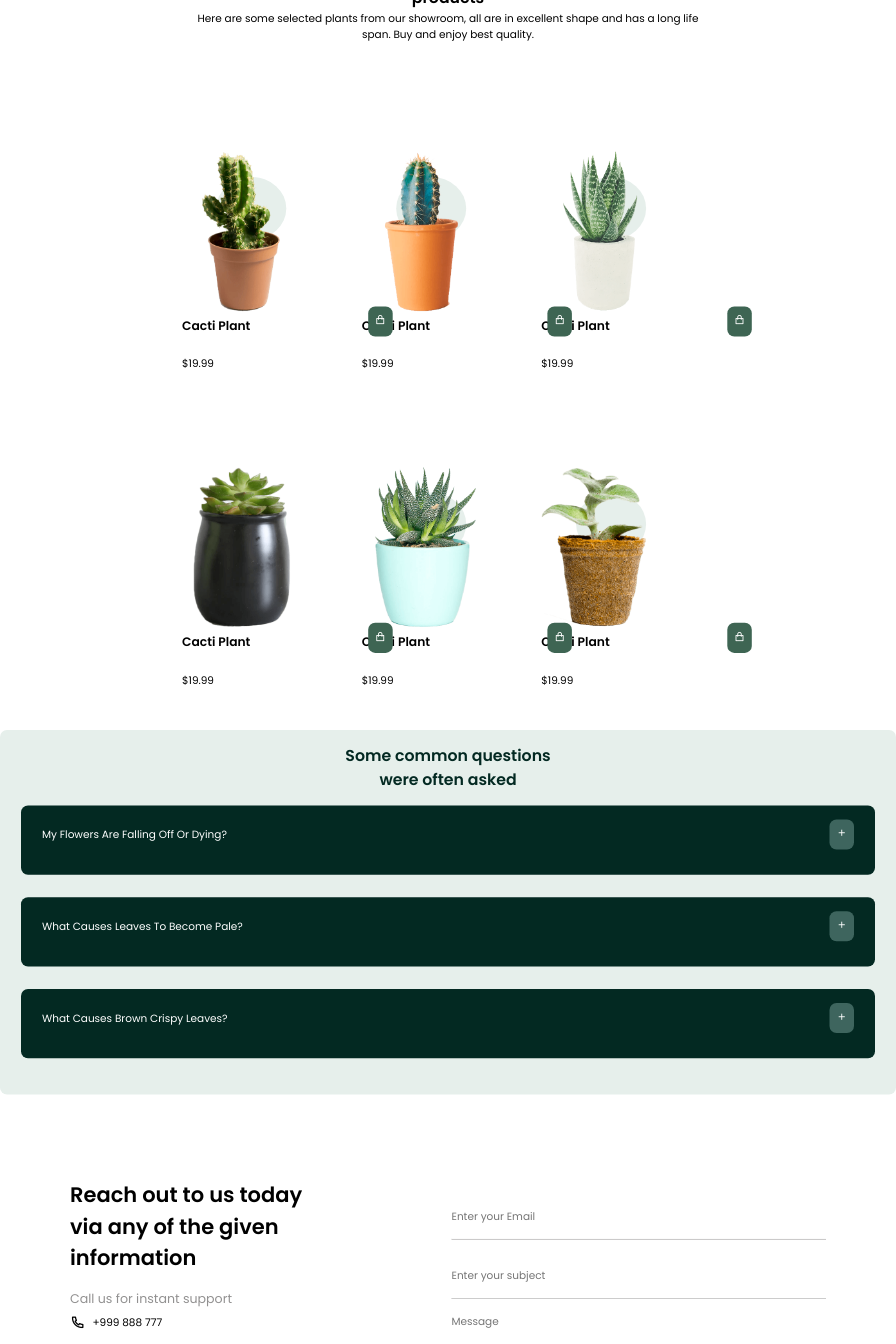
Repository: OmniaRafat232111121/plantwebsite
Page: index.html
These files come from the project's save history. The page is drawn as it stood at one moment and after a run of saves; the edit follows.
The browser window is 1280 px wide. The pictures show the part of the page from y = 1764 to 3684 px (the page is 4261 px tall before and 4245 px after), at 70% of full size.

Above is the page before, as saved 2023-01-05 17:01:08.

After the next 2 saves:
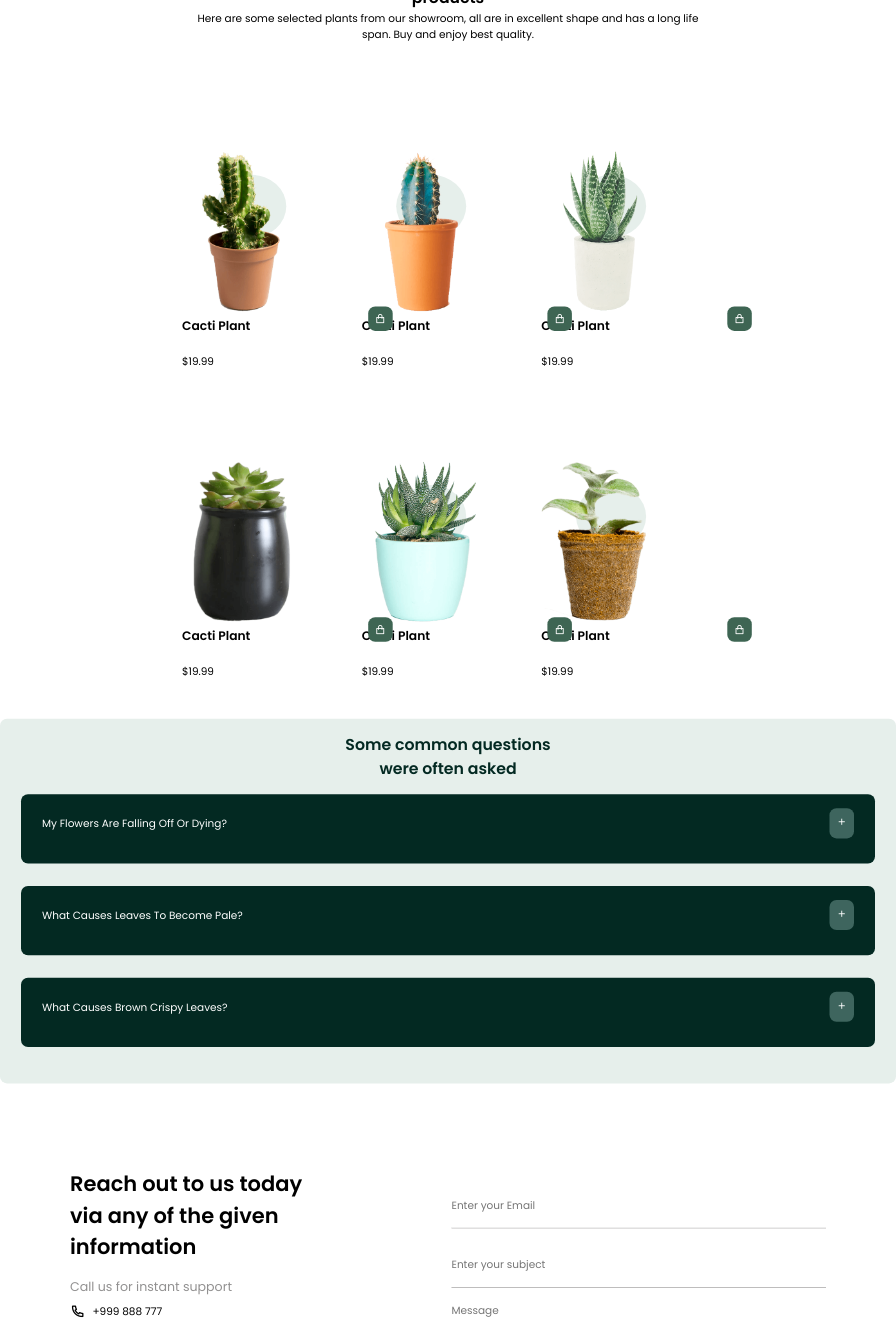
The 2 saves are shown as one change because they came seconds apart.
The last was saved 7 s later.
--- a/assets/css/styles.css
+++ b/assets/css/styles.css
@@ -752,7 +752,8 @@ margin-top: 40px;
   border-radius: 10px;
 }
 .box button{
-  display:in
+  display:inline-flex;
+  column-gap: 10px;
 }
 .box-images{
   display: block;
